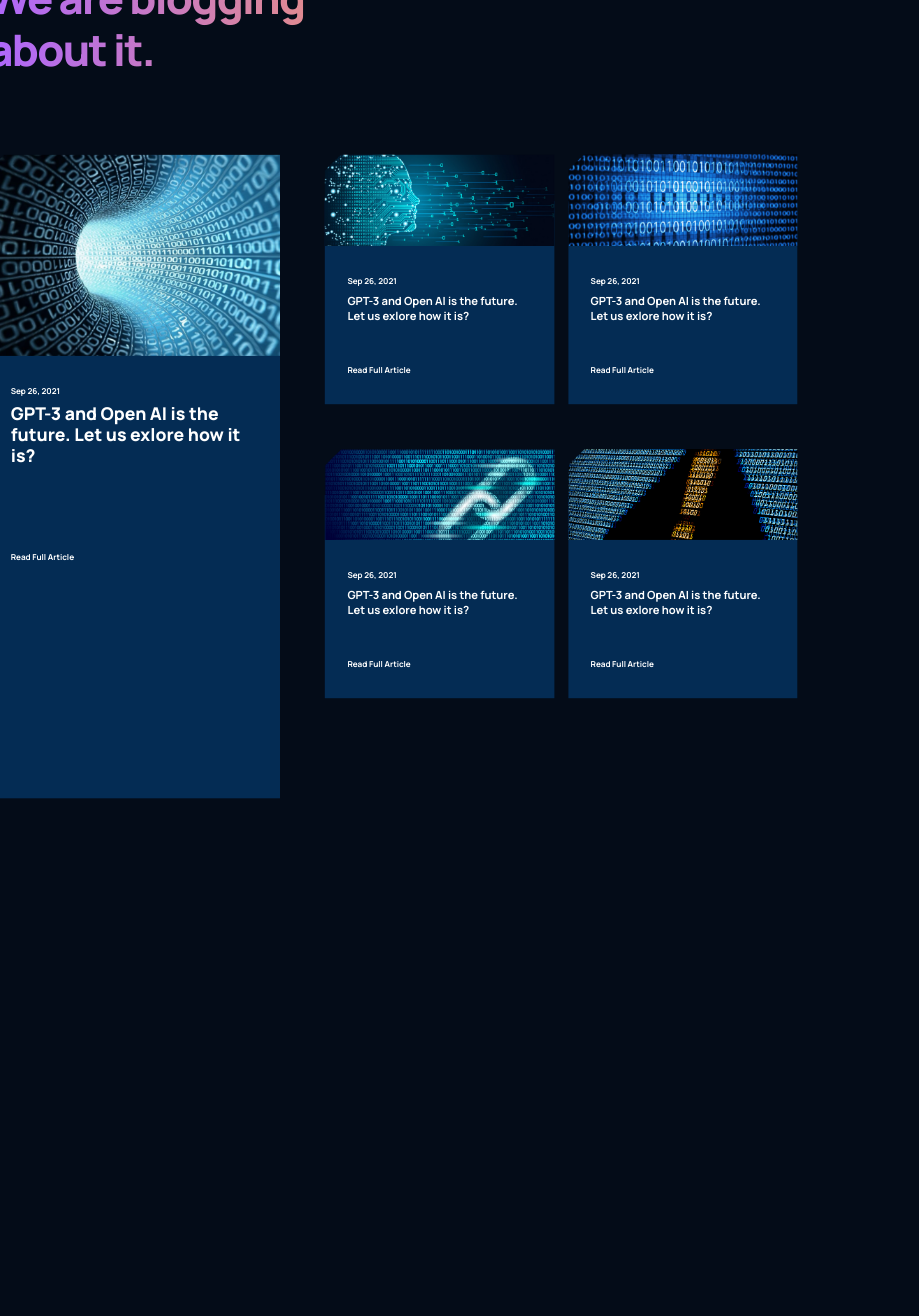
Repository: guilhermecardoso93/lp-gpt3
Page: index.html
The author's editor kept a copy of each file at every save. The page is drawn from the files as they stood at one save, then again after the next save.
The browser window is 1280 px wide. The page is 1313 px wide, so the pictures cover 1313 px, including what lies to the right of the window. The pictures show the part of the page from y = 3468 to 5348 px (the page is 6540 px tall), at 70% of full size.

Above is the page before, as saved 2022-08-23 22:37:20.

### index.html
<!DOCTYPE html>
<html lang="pt-BR">

  <head>
    <meta charset="UTF-8" />
    <meta http-equiv="X-UA-Compatible" content="IE=edge" />
    <meta name="viewport" content="width=device-width, initial-scale=1.0" />
    <link rel="stylesheet" href="style.css" />
    <title>LP-GPT3</title>
  </head>

  <body>
    <div class="container">
      <header>
        <div class="menu">
          <img src="./assets/logo.svg" alt="logo da LP-GPT3" />
          <nav>
            <ul>
              <li>
                <a href="">Home</a>
              </li>
              <li><a href="">What is GPT-3?</a></li>
              <li><a href="">Open AI</a></li>
              <li><a href="">Case Studies</a></li>
              <li><a href="">Library</a></li>
            </ul>
          </nav>
          <div class="login">
            <a href="#">Sign In</a>
            <button>Sign Up</button>
          </div>
        </div>

      </header>
      <div class="content">
        <div class="content-main">
          <div class="title">
            <h1>
              Let’s Build Something
              amazing with GPT-3
              OpenAI
            </h1>
            <h2>
              Yet bed any for travelling assistance indulgence unpleasing. Not
              thoughts all exercise blessing. Indulgence way everything joy
              alteration boisterous the attachment. Party we years to order
              allow asked of.
            </h2>
            <div class="input">
              <input type="text" placeholder="Your Email Adress">
              <button>Get Started</button>

              <div class="persons">
                <img src="./assets/persons.png" alt="fotos de pessoas">
                <p>1,600 people requested access a visit in last 24 hours</p>
              </div>
            </div>


          </div>
          <div class="image-content">
            <img src="./assets/header-illustration.png" alt="">
          </div>
        </div>
      </div>
      <div class="headerFooter">
        <img src="./assets/google.svg" alt="logo do Google"/>
        <img src="./assets/slack.svg" alt="logo do slack"/>
        <img src="./assets/atlassian.svg" alt="logo do atlassian"/>
        <img src="./assets/dropbox.svg" alt="logo do Dropbox"/>
        <img src="./assets/shopify.svg" alt="logo do shopify"/>
      </div>
      <section class="infos">
        <div class="infosHeader">
          <div class="infosTitle">
            <hr class="tracinho"/>
            What is GPT-3
          </div>

          <span>
            We so opinion friends me message as delight. Whole front do of plate
            heard oh ought. His defective nor convinced residence own.
            Connection has put impossible own apartments boisterous. At jointure
            ladyship an insisted so humanity he. Friendly bachelor entrance to
            on by.
          </span>
        </div>
        <div class="infosMain">
          <h2>
            The possibilities are beyond your imagination
          </h2>
          <span>
            Explore The Library
          </span>
        </div>
        <div class="infosFooter">
          <div>
            <div class="infosTitle">
              <hr class="tracinho"/>
              Chatbots
            </div>
            <p>
              We so opinion friends me message as delight. Whole front do of
              plate heard oh ought.
            </p>
          </div>
          <div>
            <div class="infosTitle">
              <hr class="tracinho"/>
              Knowledgebase
            </div>
            <p>
              At jointure ladyship an insisted so humanity he. Friendly bachelor
              entrance to on by. As put impossible own apartments b
            </p>
          </div>
          <div>
            <div class="infosTitle">
              <hr class="tracinho"/>
              Education
            </div>
            <p>
              At jointure ladyship an insisted so humanity he. Friendly bachelor
              entrance to on by. As put impossible own apartments b
            </p>
          </div>
        </div>
      </section>
      <section class="hero">
        <div class="heroMain">
          <div class="HeroMainTitle">
            <h2>
              The Future is Now and You Just Need To Realize It. Step into
              Future Today & Make it Happen.
            </h2>
          </div>
          <span>
            Request Early Access to Get Started
          </span>
        </div>
        <div class="heroMainInfos">
          <div class="heroMainInfosItem">
            <div class="infosTitle">
              <hr class="tracinho"/>
              Improving end distrusts instantly
            </div>
            <p>
              From they fine john he give of rich he. They age and draw mrs
              like. Improving end distrusts may instantly was household
              applauded.
            </p>
          </div>
          <div class="heroMainInfosItem">
            <div class="infosTitle">
              <hr class="tracinho"/>
              Become the tended active
            </div>
            <p>
              Considered sympathize ten uncommonly occasional assistance
              sufficient not. Letter of on become he tended active enable to.
            </p>
          </div>
          <div class="heroMainInfosItem">
            <div class="infosTitle">
              <hr class="tracinho"/>
              Message or am nothing
            </div>
            <p>
              Led ask possible mistress relation elegance eat likewise debating.
              By message or am nothing amongst chiefly address.
            </p>


          </div>
          <div class="heroMainInfosItem">
            <div class="infosTitle">
              <hr class="tracinho"/>
              Improving end distrusts instantly
            </div>
            <p>
              Really boy law county she unable her sister. Feet you off its like
              like six. Among sex are leave law built now. In built table in an
              rapid blush.
            </p>
          </div>


        </div>
      </section>
      <section class="myapp">
        <div class="myappImg">
          <img src="./assets/woman-vr.png" alt="">
        </div>
        <div class="myappInfo">
          <div>
            <span>
              Request Early Access to Get Started
            </span>
          </div>
          <div>
            <h2>
              The possibilities are beyond your imagination
            </h2>
          </div>
          <div>
            <p class="myappInfoPBottom">
              Yet bed any for travelling assistance indulgence unpleasing. Not
              thoughts all exercise blessing. Indulgence way everything joy
              alteration boisterous the attachment. Party we years to order
              allow asked of.
            </p>
          </div>
          <div>
            <p class="myappInfoSpanBottom">
              Request Early Access to Get Started
            </p>
          </div>
        </div>
      </section>
      <section class="middle">
        <div>
          <p>
            Request Early Access to Get Started
          </p>
          <h2>
            Register today & start exploring the endless possiblities.
          </h2>
        </div>
        <div>
          <button>
            Get Started
          </button>
        </div>

      </section>
      <section class="middle-alot">
        <h3>
          A lot is happening,
          We are blogging about it.
        </h3>
          <div class="midlleContainer">
            <div class="area1">
              <div class="MiddleImg">
                <img src="/assets/blog-1.png" width="417.03px"
                  height="287.73px">
              </div>
              <div class="MiddleDiv">
                <p>Sep 26, 2021</p>
                <h4>GPT-3 and Open AI is the future. Let us exlore how it is?</h3>
                <p>Read Full Article</p>
              </div>
            </div>
            <div class="areaDiv">
              <div>
                <div class="area2">
                  <div class="MiddleImg2">
                    <img src="/assets/blog-2.png" width="327.34"
                      height="130.47px">
                  </div>
                  <div class="MiddleDiv2">
                    <p>Sep 26, 2021</p>
                    <h4>GPT-3 and Open AI is the future. Let us exlore how it
                      is?</h3>
                    <p>Read Full Article</p>
                  </div>
                </div>
                <div class="area3">
                  <div class="MiddleImg2">
                    <img src="/assets/blog-3.png" width="327.34"
                      height="130.47px">
                  </div>
                  <div class="MiddleDiv2">
                    <p>Sep 26, 2021</p>
                    <h4>GPT-3 and Open AI is the future. Let us exlore how it
                      is?</h3>
                    <p>Read Full Article</p>
                  </div>
                </div>
              </div>
              <div>
                <div class="area4">
                  <div class="MiddleImg2">
                    <img src="/assets/blog-4.png" width="327.34"
                      height="130.47px">
                  </div>
                  <div class="MiddleDiv2">
                    <p>Sep 26, 2021</p>
                    <h4>GPT-3 and Open AI is the future. Let us exlore how it
                      is?</h3>
                    <p>Read Full Article</p>
                  </div>
                </div>
                <div class="area5">
                  <div class="MiddleImg2">
                    <img src="/assets/blog-5.png" width="327.34"
                      height="130.47px">
                  </div>
                  <div class="MiddleDiv2">
                    <p>Sep 26, 2021</p>
                    <h4>GPT-3 and Open AI is the future. Let us exlore how it
                      is?</h3>
                    <p>Read Full Article</p>
                  </div>
                </div>
              </div>
            </div>
        </div>
      </section>
    </div>
  </body>

</html>

### style.css
@import url("https://fonts.googleapis.com/css2?family=Manrope:wght@400;500;700;800&family=Poppins:wght@400;500;700&display=swap");

* {
  margin: 0;
  padding: 0;
  box-sizing: border-box;
}

:root {
  --text-color-links: #fff;
  --color-button: #ff4820;
}

body {
  font-family: "Manrope", sans-serif;

  width: 100%;
  display: flex;
  flex-direction: column;
  align-items: center;
  justify-content: center;

  background-image: url(/assets/blur-background-left.png);
  background-repeat: no-repeat;
  background-position: top left;
  background: #040c18;
  overflow-x: hidden;
}

a {
  text-decoration: none;
  color: var(--text-color-links);
}

ul {
  list-style: none;
  display: flex;
  gap: 54px;
}

.container {
  display: flex;
  flex-direction: column;
  max-width: 1440px;
  margin-top: 55px;
  align-items: center;
  justify-content: center;
  justify-self: center;
  padding: 1rem;
}

header {
  display: flex;
  flex-direction: column;
  justify-content: center;
  align-items: center;
  width: 100%;
}

.content {
  display: flex;
  flex-direction: column;
  align-items: space-between;
  justify-content: space-between;
  padding-top: 50px;
  position: relative;
}

.content-main {
  display: flex;
  flex-direction: row;
}

.menu {
  display: flex;
  align-items: center;
  justify-content: space-between;
  width: 100%;
}

.menu nav ul li {
  font-weight: 500;
  font-size: 18px;
  line-height: 25px;
}

.menu nav ul li a:hover {
  border-bottom: 1px solid var(--text-color-links);
}

.menu img {
  padding-right: 69px;
}

.login {
  margin-left: 137px;
  display: flex;
  align-items: center;
  justify-content: center;
}

.login > button {
  margin-left: 26px;
  width: 152px;
  height: 58px;

  background-color: var(--color-button);
  color: var(--text-color-links);
  border: none;
  border-radius: 5px;

  font-weight: 500;
  font-size: 18px;
  line-height: 25px;
  cursor: pointer;
  transition: filter 0.2s;
}

.login > button:hover {
  filter: brightness(0.5);
}

.title {
  display: flex;
  flex-direction: column;
  gap: 2rem;
}

.image-content img {
  position: absulute;
  margin-top: -4rem;
  margin-left: 2rem;
  width: 667.41px;
  height: 701.59px;
}

.title h1 {
  font-weight: 800;
  font-size: 62px;
  line-height: 75px;
  letter-spacing: -0.04em;
  width: 614px;
  height: 225px;

  background: linear-gradient(89.97deg, #ae67fa 1.84%, #f49867 102.67%);
  -webkit-background-clip: text;
  -webkit-text-fill-color: transparent;
  background-clip: text;
  text-fill-color: transparent;
}

.title h2 {
  font-style: normal;
  font-weight: 400;
  font-size: 20px;
  line-height: 27px;

  color: #81afdd;
  width: 554px;
}

.input {
  width: 100%;
  max-width: 630px;
}

.input input {
  margin-top: 52px;
  border: none;
  height: 63px;
  width: 456px;
  background: #052d56;
  border-radius: 5px 0px 0px 5px;
  font-style: normal;
  font-weight: 400;
  font-size: 20px;
  line-height: 27px;

  color: #3d6184;
  padding-left: 2rem;
  outline: none;
}

.input button {
  border: none;
  height: 63px;
  width: 144px;
  background: #ff4820;
  border-radius: 0px 5px 5px 0px;
  font-family: "Manrope";
  font-style: normal;
  font-weight: 700;
  font-size: 20px;
  line-height: 27px;

  color: #ffffff;
}

.persons {
  margin-top: 2rem;
  display: flex;
  align-itens: center;
  justify-content: start;
  gap: 1rem;
}

.persons img {
  width: 181.79px;
  height: 38px;
}

.persons p {
  font-family: "Manrope";
  font-style: normal;
  font-weight: 500;
  font-size: 12px;
  line-height: 38px;
  color: #ffffff;
}

.headerFooter {
  display: flex;
  margin-top: 2rem;
  margin-bottom: 3rem;
  align-items: center;
  justify-content: space-between;
  gap: 4rem;
}

.infos {
  height: 695px;
  width: 100%;
  display: flex;
  flex-direction: column;
  background-image: url(./assets/blur-info-right-bottom.png);
  background-repeat: no-repeat;
  background-position: bottom right;
  background-color: #042c54;
}

.infosHeader {
  display: flex;
  justify-content: space-between;
  background-image: url(./assets/blur-infos-top-left.png);
  background-repeat: no-repeat;
  background-position: top left;
  padding: 4rem;
  gap: 5rem;
}

.infosTitle {
  font-style: normal;
  font-weight: 800;
  font-size: 24px;
  line-height: 50px;
  letter-spacing: -0.04em;
  color: #ffffff;
}

.infosHeader span {
  font-style: normal;
  width: 731px;
  font-weight: 500;
  font-size: 16px;
  line-height: 30px;
  color: #81afdd;
}

.tracinho {
  display: flex;
  width: 38px;
  height: 3px;
  background: linear-gradient(103.22deg, #ae67fa -13.86%, #f49867 99.55%),
    #ffffff;
  border: 0;
}

.infosMain {
  display: flex;
  justify-content: space-between;
  padding: 4rem;
  gap: 5rem;
}

.infosMain h2,
.myappInfo h2 {
  font-style: normal;
  font-weight: 800;
  font-size: 34px;
  line-height: 45px;
  width: 472px;

  background: linear-gradient(103.22deg, #ae67fa -13.86%, #f49867 99.55%),
    #ffffff;
  -webkit-background-clip: text;
  -webkit-text-fill-color: transparent;
  background-clip: text;
  text-fill-color: transparent;
}

.infosMain span,
.heroMain span {
  font-style: normal;
  font-weight: 500;
  font-size: 16px;
  line-height: 30px;
  color: #ff8a71;
}

.infosFooter {
  display: flex;
  padding: 4rem;
  gap: 2rem;
  padding-bottom: 10rem;
}

.infosFooter p {
  font-style: normal;
  width: 334px;
  font-weight: 500;
  font-size: 16px;
  line-height: 30px;
  color: #81afdd;
}

.infosFooter .infosTitle {
  margin-bottom: 2rem;
}

.hero {
  display: flex;
  width: 100%;
  justify-content: space-between;
  margin-top: 15rem;
  gap: 10rem;
}

.heroMain {
  display: flex;
  flex-direction: column;
  gap: 4rem;
}

.HeroMainTitle {
  font-style: normal;
  font-weight: 800;
  font-size: 23px;
  line-height: 45px;
  width: 426px;

  background: linear-gradient(103.22deg, #ae67fa -13.86%, #f49867 99.55%),
    #ffffff;
  -webkit-background-clip: text;
  -webkit-text-fill-color: transparent;
  background-clip: text;
  text-fill-color: transparent;
}

.heroMainInfosItem {
  display: flex;
  gap: 5rem;
}

.heroMainInfosItem .infosTitle {
  width: 182px;
  font-weight: 800;
  font-size: 18px;
  line-height: 24px;
}

.heroMainInfosItem p {
  width: 334px;
  height: 92px;

  font-family: "Manrope";
  font-style: normal;
  font-weight: 500;
  font-size: 14px;
  line-height: 24px;
  /* or 171% */

  color: #81afdd;
}

.myapp {
  display: flex;
  width: 100%;
  justify-content: space-around;
  margin-top: 4rem;
}

.myappImg img {
  width: 546px;
  height: 607.53px;
}

.myappInfo {
  margin-top: 15rem;
  width: 479px;
}

.myappInfo div {
  margin-bottom: 2rem;
}
.myappInfo h2 {
  width: 426px;
}

.myappInfo span {
  font-style: normal;
  font-weight: 500;
  font-size: 16px;
  line-height: 30px;
  color: #71e5ff;
}

.myappInfoPBottom {
  font-style: normal;
  font-weight: 400;
  font-size: 16px;
  line-height: 30px;
  width: 479px;
  color: #81afdd;
}

.myappInfoSpanBottom {
  color: #ff8a71;
}

.middle {
  margin-top: 8rem;
  margin-bottom: 8rem;
  width: 100%;
  height: 172.65px;
  padding: 4rem;
  background: linear-gradient(89.97deg, #ae67fa 1.84%, #f49867 102.67%);
  border: 1px solid #000000;
  box-shadow: 0px 4px 4px rgba(0, 0, 0, 0.25);
  border-radius: 10.7236px;

  display: flex;
  justify-content: space-between;
}

.middle div p {
  font-weight: 500;
  font-size: 12px;
  line-height: 30px;
  color: #0e0e0e;
}

.middle div h2 {
  font-style: normal;
  font-weight: 800;
  font-size: 24px;
  line-height: 45px;
  color: #000000;
}

.middle button {
  width: 189.14px;
  height: 59.4px;
  left: 1078.74px;
  top: 3235.41px;

  background: #000000;
  border-radius: 40px;
  color: #fff;
  font-style: normal;
  font-weight: 700;
  font-size: 18px;
  line-height: 30px;
}

.middle-alot h3 {
  width: 100%;
  width: 613px;
  font-style: normal;
  font-weight: 800;
  font-size: 62px;
  line-height: 75px;
  letter-spacing: -0.04em;
  background: linear-gradient(89.97deg, #ae67fa 1.84%, #f49867 102.67%);
  -webkit-background-clip: text;
  -webkit-text-fill-color: transparent;
  background-clip: text;
  text-fill-color: transparent;
  margin-bottom: 3rem;
}

.midlleContainer {
  display: flex;
  gap: 4rem;
}

.areaDiv {
  display: grid;
  grid-template-columns: 1fr 1fr 1fr;
  grid-template-rows: 1fr 1.2fr 1.2fr;
  gap: 20px 20px;
  grid-template-areas:
    ". area2 area3"
    ". area4 area5"
    ". . .";
}

.area1 {
  width: 417.03px;
  height: 696.16px
}

.area1 .MiddleDiv {
  background: #042c54;
  padding: 2rem;
  color: #fff;
  padding-top: 6rem;
  height: 696.16px

}

.midlleContainer div p {
  font-weight: 700;
  font-size: 11.649px;
  line-height: 35px;
}

.area1 div h4 {
  width: 342.18px;
  font-weight: 800;
  font-size: 25.11px;
  line-height: 30px;
  margin-bottom: 7rem;
}

.MiddleImg {
  display: flex;
  position: relative;
  top: 4rem;
}

.area2 {
  grid-area: area2;
}

.area3 {
  grid-area: area3;
}

.area4 {
  grid-area: area4;
}

.area5 {
  grid-area: area5;
}

.MiddleDiv2 {
  background: #042c54;
  width: 327.34px;
  //height: 260.84px;
  padding: 2rem;
  color: #fff;
  padding-top: 6rem;
}

.MiddleDiv2 h4 {
  margin-bottom: 3rem;
}

.MiddleImg2 {
  display: flex;
  position: relative;
  top: 4rem;
}

### assets/google.svg
<svg width="72" height="25" viewBox="0 0 72 25" fill="none" xmlns="http://www.w3.org/2000/svg" xmlns:xlink="http://www.w3.org/1999/xlink">
<rect width="71.1003" height="24.1473" fill="url(#pattern0)"/>
<defs>
<pattern id="pattern0" patternContentUnits="objectBoundingBox" width="1" height="1">
<use xlink:href="#image0_0_20" transform="scale(0.00943396 0.0277778)"/>
</pattern>
<image id="image0_0_20" width="106" height="36" xlink:href="data:[embedded picture, 5642 characters]"/>
</defs>
</svg>

### assets/slack.svg
<svg width="97" height="25" viewBox="0 0 97 25" fill="none" xmlns="http://www.w3.org/2000/svg" xmlns:xlink="http://www.w3.org/1999/xlink">
<rect x="0.58374" width="95.8345" height="24.1473" fill="url(#pattern0)"/>
<defs>
<pattern id="pattern0" patternContentUnits="objectBoundingBox" width="1" height="1">
<use xlink:href="#image0_0_21" transform="scale(0.00787402 0.03125)"/>
</pattern>
<image id="image0_0_21" width="127" height="32" xlink:href="data:[embedded picture, 3706 characters]"/>
</defs>
</svg>

### assets/atlassian.svg
<svg width="114" height="25" viewBox="0 0 114 25" fill="none" xmlns="http://www.w3.org/2000/svg" xmlns:xlink="http://www.w3.org/1999/xlink">
<rect x="0.901855" width="112.436" height="24.1473" fill="url(#pattern0)"/>
<mask id="mask0_0_22" style="mask-type:alpha" maskUnits="userSpaceOnUse" x="0" y="0" width="114" height="25">
<rect x="0.901855" width="112.436" height="24.1473" fill="url(#pattern1)"/>
</mask>
<g mask="url(#mask0_0_22)">
<rect x="0.901855" width="112.436" height="24.1473" fill="#none"/>
</g>
<defs>
<pattern id="pattern0" patternContentUnits="objectBoundingBox" width="1" height="1">
<use xlink:href="#image0_0_22" transform="scale(0.00671141 0.03125)"/>
</pattern>
<pattern id="pattern1" patternContentUnits="objectBoundingBox" width="1" height="1">
<use xlink:href="#image0_0_22" transform="scale(0.00671141 0.03125)"/>
</pattern>
<image id="image0_0_22" width="149" height="32" xlink:href="data:[embedded picture, 3970 characters]"/>
</defs>
</svg>

### assets/dropbox.svg
<svg width="122" height="25" viewBox="0 0 122 25" fill="none" xmlns="http://www.w3.org/2000/svg" xmlns:xlink="http://www.w3.org/1999/xlink">
<rect x="0.820801" width="120.736" height="24.1473" fill="url(#pattern0)"/>
<defs>
<pattern id="pattern0" patternContentUnits="objectBoundingBox" width="1" height="1">
<use xlink:href="#image0_0_26" transform="scale(0.00625 0.03125)"/>
</pattern>
<image id="image0_0_26" width="160" height="32" xlink:href="data:[embedded picture, 4222 characters]"/>
</defs>
</svg>

### assets/shopify.svg
<svg width="85" height="25" viewBox="0 0 85 25" fill="none" xmlns="http://www.w3.org/2000/svg" xmlns:xlink="http://www.w3.org/1999/xlink">
<rect x="0.0407715" width="84.5154" height="24.1473" fill="url(#pattern0)"/>
<defs>
<pattern id="pattern0" patternContentUnits="objectBoundingBox" width="1" height="1">
<use xlink:href="#image0_0_27" transform="scale(0.00892857 0.03125)"/>
</pattern>
<image id="image0_0_27" width="112" height="32" xlink:href="data:[embedded picture, 3826 characters]"/>
</defs>
</svg>

Loaded but not shown: assets/logo.svg (7 lines, source omitted)

After the next save:
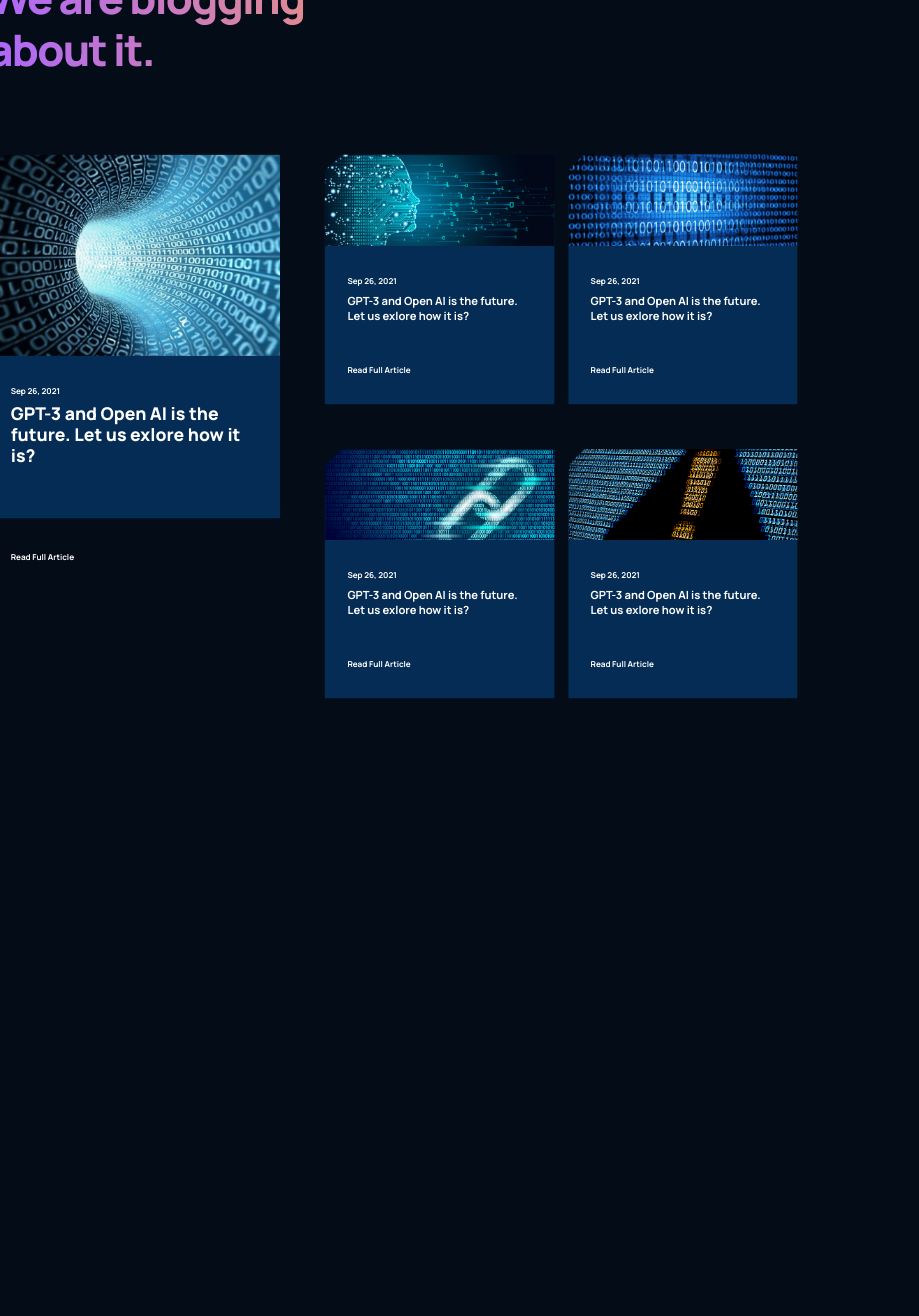
Saved 5 s later.
--- a/style.css
+++ b/style.css
@@ -514,7 +514,7 @@
   padding: 2rem;
   color: #fff;
   padding-top: 6rem;
-  height: 696.16px
+  height: 296.16px
 
 }
 
